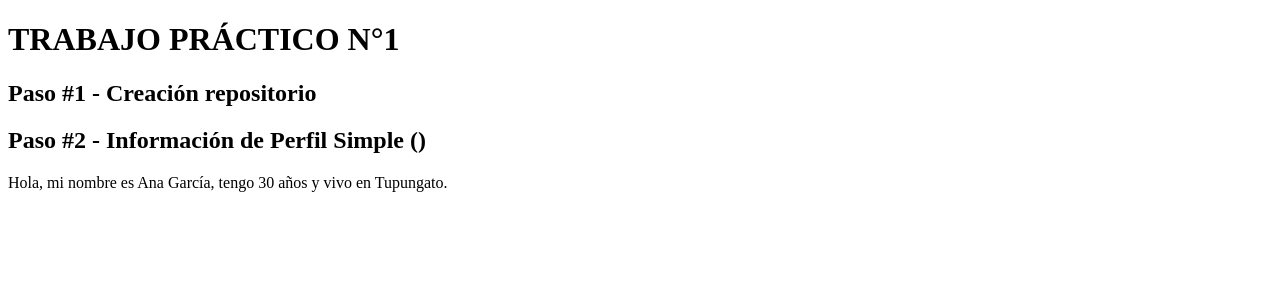
Repository: SofiaSferco/PWA
Page: practico01/index.html
The author's editor kept a copy of each file at every save. The page is drawn from the files as they stood at one save, then again after the next save.
The browser window is 1280 px wide. The pictures show the whole page.

Above is the page before, as saved 2025-10-02 22:02:51.

After the next save:
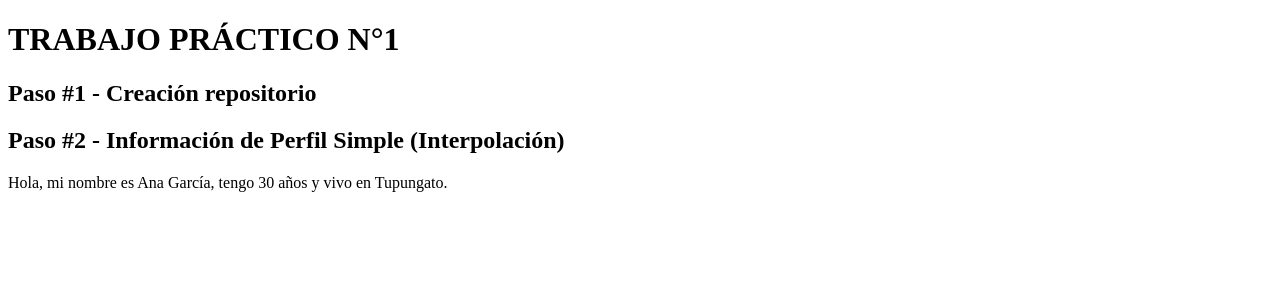
Saved 5 s later.
--- a/practico01/index.html
+++ b/practico01/index.html
@@ -18,7 +18,7 @@
         createApp({
             data() {
                 return {
-                    segundopaso: 'Paso #2 - Información de Perfil Simple ()',
+                    segundopaso: 'Paso #2 - Información de Perfil Simple (Interpolación)',
                     nombre: 'Ana García',
                     edad: 30,
                     ciudad: 'Tupungato'
